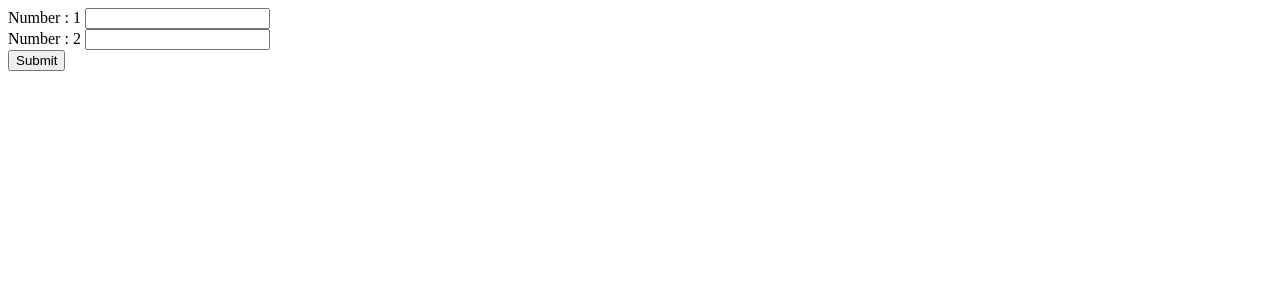
Repository: kirankumarrr/javaServlet
Page: ServletBasics/WebContent/numbers.html
These files come from the project's save history. The page is drawn as it stood at one moment and after the next save; the edit follows.
The browser window is 1280 px wide. The pictures show the whole page.

Above is the page before, as saved 2019-06-03 06:23:04.

### ServletBasics/WebContent/numbers.html
<!DOCTYPE html>
<html>
<head>
<meta charset="ISO-8859-1">
<title>Insert title here</title>
</head>
<body>
	<form>
		Number : 1 <input type="text" name="number1"/>
		<br/>
		Number : 2 <input type="text" name="number2"/>
		<br/>
		<input type="submit" name="submit"/>
	</form>
</body>
</html>

After the next save:
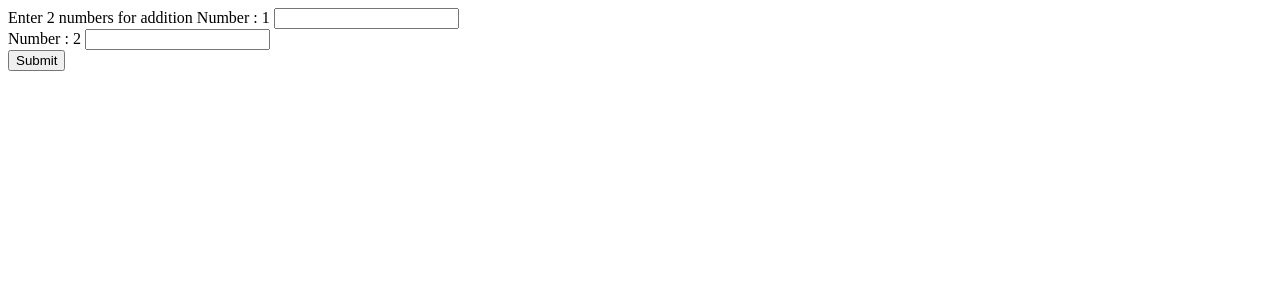
Saved 33 s later.
--- a/ServletBasics/WebContent/numbers.html
+++ b/ServletBasics/WebContent/numbers.html
@@ -6,6 +6,7 @@
 </head>
 <body>
 	<form>
+	Enter 2 numbers for addition
 		Number : 1 <input type="text" name="number1"/>
 		<br/>
 		Number : 2 <input type="text" name="number2"/>
